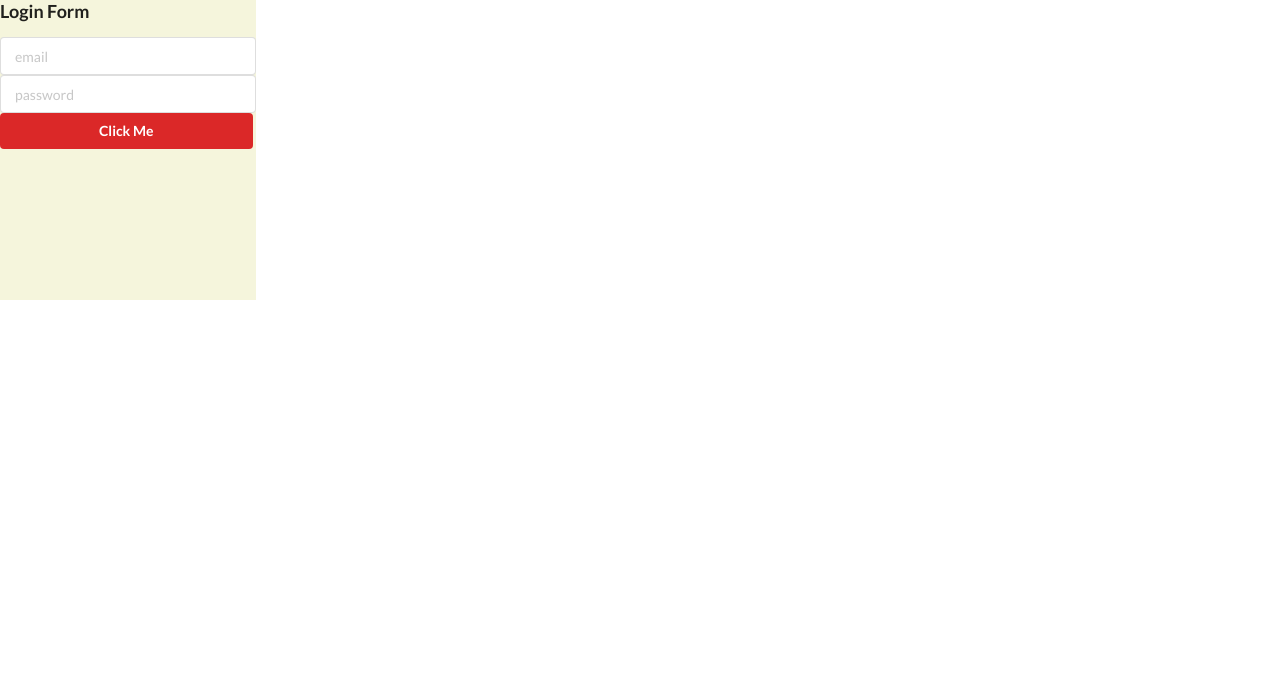
Repository: anagarango/dai-week4-assignment
Page: / (app in dai_web_ex/)
These files come from the project's save history. The page is drawn as it stood at one moment and after the next save; the edit follows.
The browser window is 1280 px wide. The pictures show the whole page.
The project was rebuilt for these pictures with package versions that can differ from the ones it lists, and the page was loaded fresh each time. The framework's server and built-in components were replaced by stand-ins that run in the browser. Also part of the build but not shown: dai_web_ex/next.config.js.

Above is the page before, as saved 2022-09-26 16:18:10.

### dai_web_ex/pages/_app.js
import 'semantic-ui-css/semantic.min.css'

function MyApp({ Component, pageProps }) {
  return <Component {...pageProps} />
}

export default MyApp

### dai_web_ex/pages/index.js
import { Button } from 'semantic-ui-react'
import {useRouter} from 'next/router'
import LoginForm from '../comps/loginform'
import { Dimmer, Loader, Image, Segment } from 'semantic-ui-react'

// The router and states are mostly used in the page for data/information state management
import {useState} from 'react'

export default function Home() {
  const r = useRouter();
  //before, during, after
  const [logInState, setLogInState] = useState("before")



  var c = "blue"
  var btn_text = "Click Me"

  if(logInState === "before"){
    c = "red";
  } if(logInState === "during"){
    c = "yellow";
    btn_text = "Waiting..."
  } if(logInState === "after"){
    c = "green";
    btn_text = "Transferring you to Dashboard!"
  }



  const HandleButtonColor = () =>{
    if (logInState === "before"){
      setLogInState("during");

    }
    if (logInState === "during"){
      setLogInState("after");

    }
    if (logInState === "after"){
      r.push("/dashboard")
    }
  }

  // async = when it takes time to connect to a server
  const Login = async () => {
    setLogInState("during");
    // its going to take time
    // mock of the time passing -> this code is useless and doesnt do anything
    await new Promise(resolve=>setTimeout(resolve, 3000))

    setLogInState("after");
    // its going to stall for 1-2 seconds
    await new Promise(resolve=>setTimeout(resolve, 2000))

    r.push("/dashboard")

  }

  return (
    <div>
      {/* <Button color={c} onClick={()=>Login()}>{btn_text} */}
      {/* <Segment>
        <Dimmer active> */}
          {/* {logInState === "during" && <Loader active/>} */}
        {/* </Dimmer>
      </Segment> */}
      {/* </Button> */}
      <LoginForm logInState={logInState} onLogInClick={()=>Login()}></LoginForm>

    </div>
  )
}

### dai_web_ex/comps/loginform/index.js
import { Button, Loader, Input } from 'semantic-ui-react'
import styled from 'styled-components'

export default function LoginForm({
    logInState="before",
    onLogInClick=()=>{}
}){

  const Box = styled.div`
    width: 20%;
    height: 300px;
    background-color: beige;
    display:flex;
    flex-direction: column;
    content-box: 25%
    `

    var c = "blue"
    var btn_text = "Click Me"

  if(logInState === "before"){
    c = "red";
  } if(logInState === "during"){
    c = "yellow";
    btn_text = "Waiting..."
  } if(logInState === "after"){
    c = "green";
    btn_text = "Transferring you to Dashboard!"
  }


    return <Box>
        <h3>Login Form</h3>
        <Input disabled={logInState !== "before"} placeholder="email"></Input>
        <Input disabled={logInState !== "before"} placeholder="password"></Input>
        <Button color={c} onClick={onLogInClick}>{btn_text}
        {logInState === "during" && <Loader active/>}
        </Button>

    </Box>
}

After the next save:
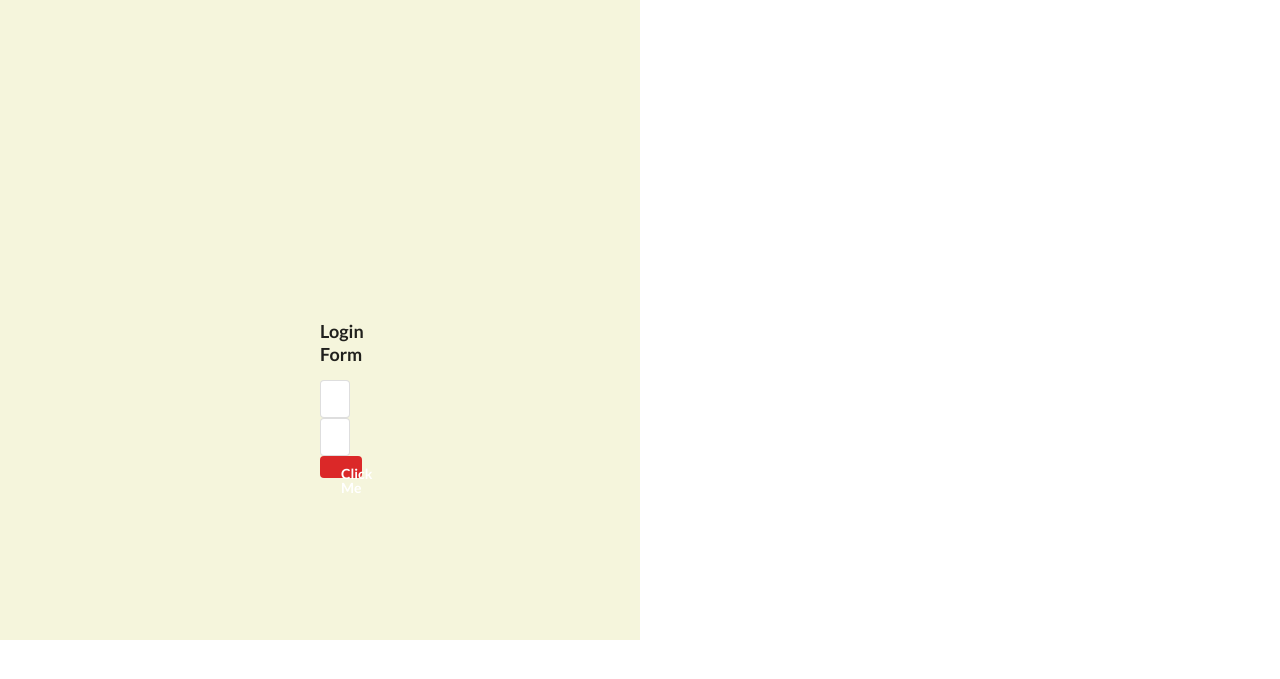
Saved 37 s later.
--- a/dai_web_ex/comps/loginform/index.js
+++ b/dai_web_ex/comps/loginform/index.js
@@ -12,7 +12,7 @@
     background-color: beige;
     display:flex;
     flex-direction: column;
-    content-box: 25%
+    padding: 25%
     `
 
     var c = "blue"

After the save that followed:
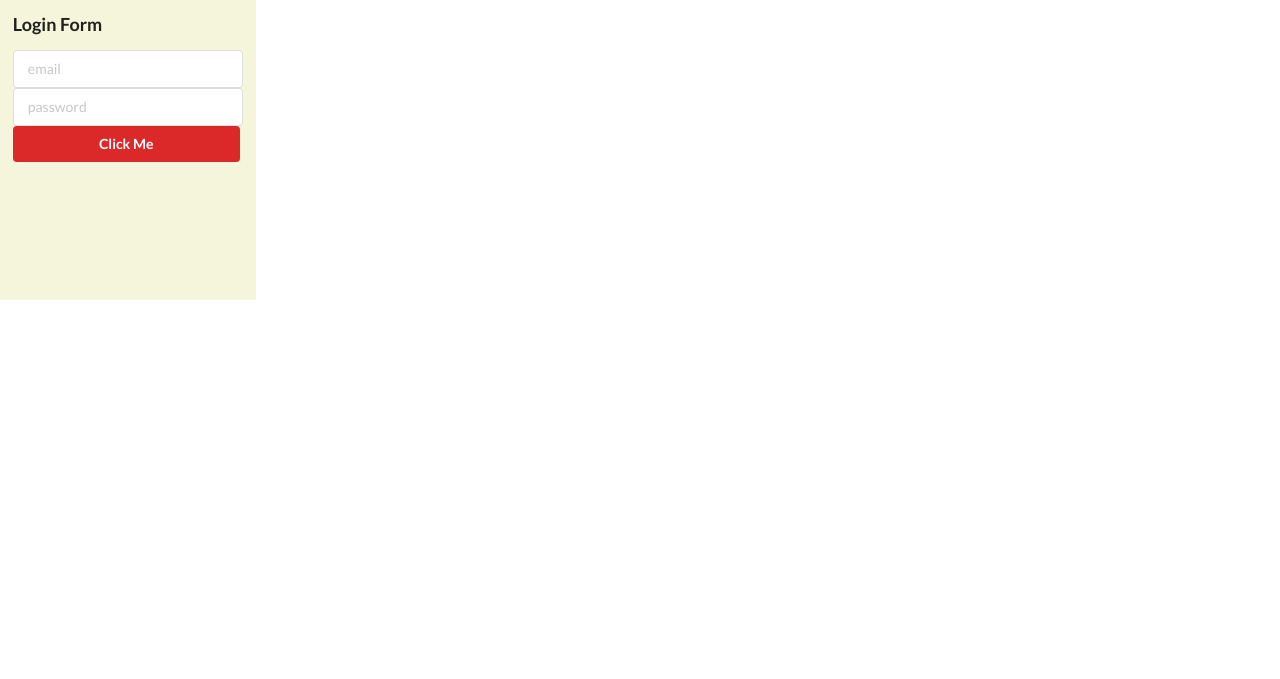
Saved 8 s later.
--- a/dai_web_ex/comps/loginform/index.js
+++ b/dai_web_ex/comps/loginform/index.js
@@ -12,7 +12,7 @@
     background-color: beige;
     display:flex;
     flex-direction: column;
-    padding: 25%
+    padding: 1%
     `
 
     var c = "blue"
